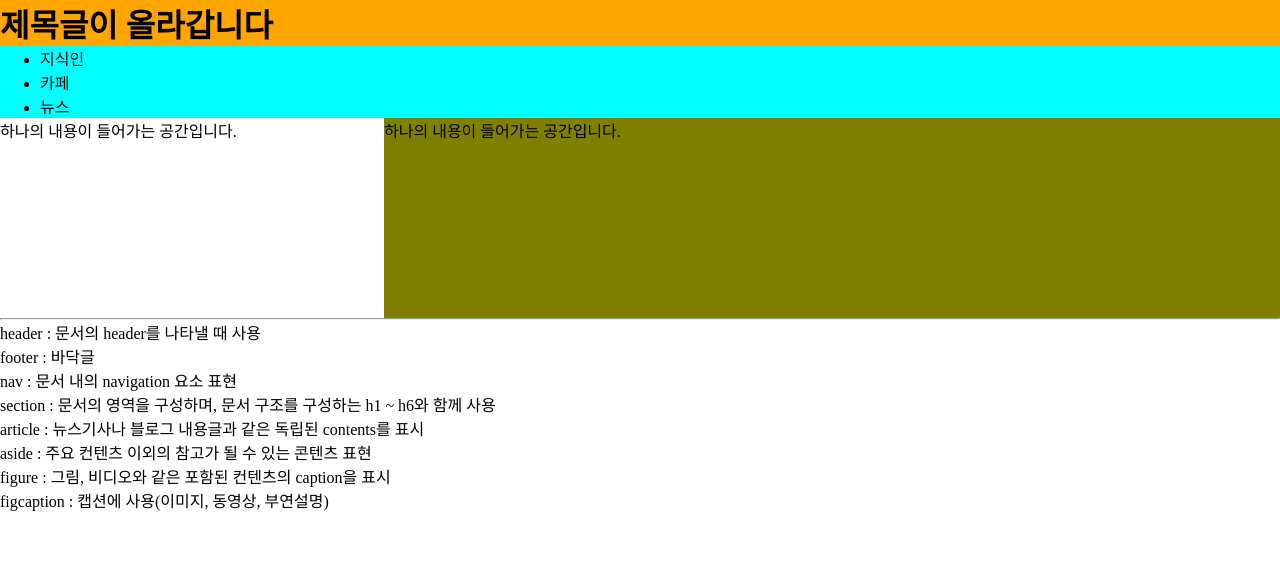
Repository: thswlsqls/JspWorkspace
Page: html/ex03.html
The author's editor kept a copy of each file at every save. The page is drawn from the files as they stood at one save, then again after the next save.
The browser window is 1280 px wide. The pictures show the whole page.

Above is the page before, as saved 2021-04-12 10:33:53.

### html/ex03.html
<!DOCTYPE html>
<html>
<head>
<meta charset="UTF-8">
<title>Insert title here</title>
</head>

<style type="text/css">
	* { margin: 0;}
</style>

<body>
	<header style="background-color: orange;">
		<h1>제목글이 올라갑니다</h1>
	</header>
	<nav style="background-color: aqua;">
		<ul>
			<li>지식인</li><li>카페</li><li>뉴스</li>
		</ul>
	</nav>
	<section style="display: flex;">
		<article style="width:30%; height:200px; background-color: puprle;">하나의 내용이 들어가는 공간입니다.</article>
		<article style="width:70%; height:200px; background-color: olive;">하나의 내용이 들어가는 공간입니다.</article>
	</section>
	<hr>
	header : 문서의 header를 나타낼 때 사용<br>
	footer : 바닥글<br>
	nav : 문서 내의 navigation 요소 표현<br>
	section : 문서의 영역을 구성하며, 문서 구조를 구성하는 h1 ~ h6와 함께 사용<br>
	article : 뉴스기사나 블로그 내용글과 같은 독립된 contents를 표시<br>
	aside : 주요 컨텐츠 이외의 참고가 될 수 있는 콘텐츠 표현<br>
	figure : 그림, 비디오와 같은 포함된 컨텐츠의 caption을 표시<br>
	figcaption : 캡션에 사용(이미지, 동영상, 부연설명)
</body>
</html>

After the next save:
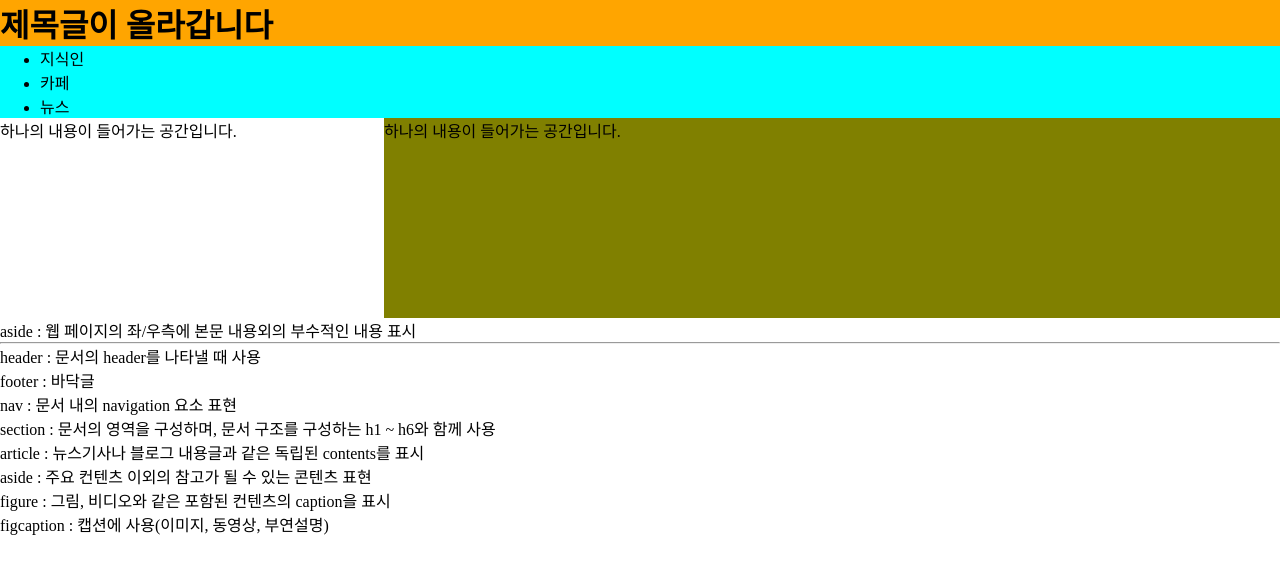
Saved 54 s later.
--- a/html/ex03.html
+++ b/html/ex03.html
@@ -22,6 +22,9 @@
 		<article style="width:30%; height:200px; background-color: puprle;">하나의 내용이 들어가는 공간입니다.</article>
 		<article style="width:70%; height:200px; background-color: olive;">하나의 내용이 들어가는 공간입니다.</article>
 	</section>
+	<aside>
+		aside : 웹 페이지의 좌/우측에 본문 내용외의 부수적인 내용 표시
+	</aside>
 	<hr>
 	header : 문서의 header를 나타낼 때 사용<br>
 	footer : 바닥글<br>
